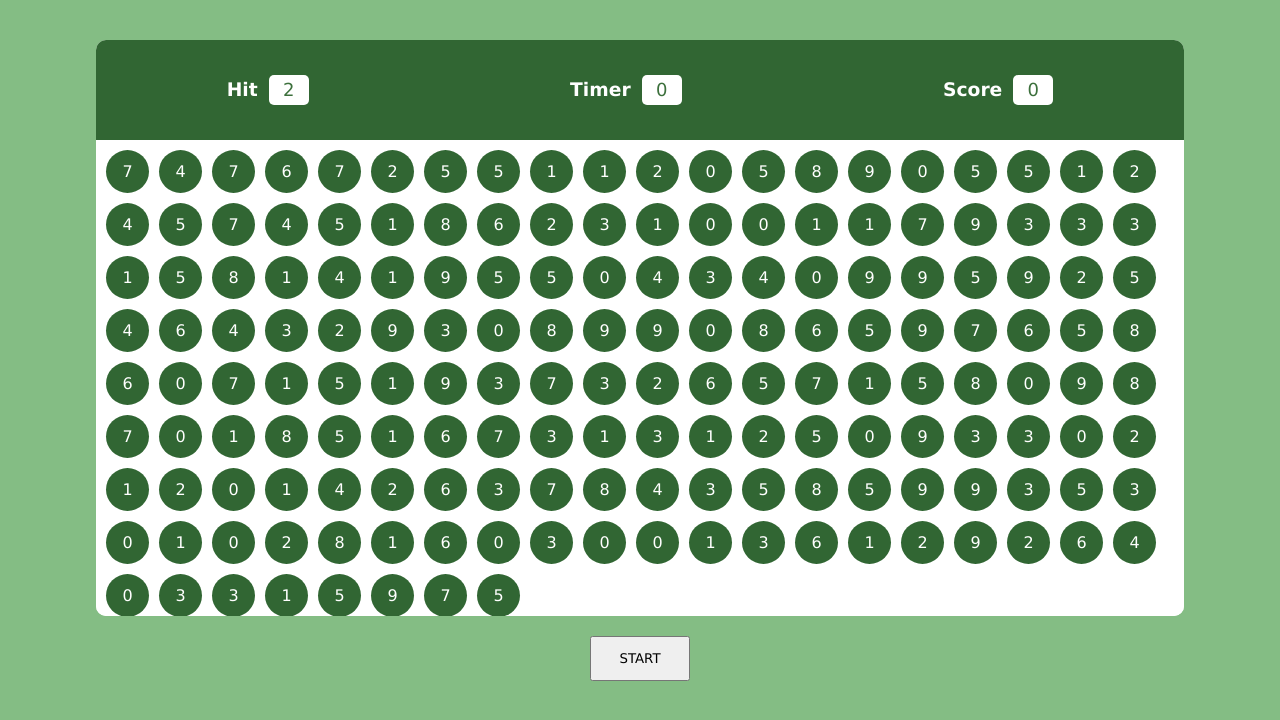
Repository: ketansharma22/BubbleGame
Page: index.html
The author's editor kept a copy of each file at every save. The page is drawn from the files as they stood at one save, then again after the next save.
The browser window is 1280 px wide. The pictures show the whole page.

Above is the page before, as saved 2024-02-19 00:03:06.

### index.html
<!DOCTYPE html>
<html lang="en">
<head>
    <meta charset="UTF-8">
    <meta name="viewport" content="width=device-width, initial-scale=1.0">
    <title>BubbleGame</title>
    <link rel="stylesheet" href="styles.css">
</head>
<body>
    <div class="main">
        <div class="show">
            <div class="upper">
                <div class="hit" id="sameee">
                    <h3>Hit</h3>
                    <div class="box" id="hitt">0</div>
                </div>
                <div class="timer" id="sameee">
                    <h3>Timer</h3>
                    <div class="box" id="timerr">0</div>
                </div>
                <div class="score" id="sameee">
                    <h3>Score</h3>
                    <div class="box" id="scoree">0  </div>
                </div>
            </div>

            <div class="lower" id="lower">

            </div>
        </div>
        <button>START</button>
    </div>
    <script src="scripts.js"></script>
</body>
</html>

### styles.css
*{
    margin: 0;
    padding: 0;
    box-sizing: border-box;
    font-family:Verdana, Geneva, Tahoma, sans-serif
}
html,body{
    width: 100%;
    height: 100%;
}
.main{
    display: flex;
    justify-content: center;
    flex-direction: column;
    gap: 20px;
    align-items: center;
    width: 100%;
    height: 100%;
    background-color: rgb(132, 189, 132);
}
.show{
    width: 85%;
    height: 80%;
    background-color: #fff;
    border-radius: 10px;
    overflow: hidden;
}
.upper{
    width: 100%;
    height: 100px;
    background-color:rgb(49, 102, 51);
    color: white;
    display: flex;
    align-items: center;
    justify-content: space-around;
}
.box{
    width: 40px;
    background-color: white;
    color:rgb(60, 112, 60);
    display: flex;
    justify-content: center;
    align-items: center;
    height: 20px;
    border-radius: 5px;
    font-size: large;
    font-weight: 500;
    height: 30px;
}
#sameee{
    display: flex;
    gap: 11px;
    align-items: center;
}


.lower{
    width: 100%;
    height: calc(100% - 100px);
    background-color: white;
    display: flex;
    flex-wrap: wrap;
    gap: 10px;
    padding: 10px;
}
.bubble{
    width: 43px;
    background-color:rgb(49, 102, 51);
    color: white;
    height: 43px;
    border-radius: 50%;
    display: flex;
    justify-content: center;
    align-items: center;
    cursor: pointer;

}
.bubble:hover{
    background-color: rgb(14, 76, 14);
}
button{
    width: 100px;
    height: 45px;
    cursor: pointer;
}

### scripts.js
var timer=60;
var score=0;
var hitnumber;
var lo=document.querySelector("#lower");

function generateBubble(){
    var a ="";
for(var i=1;i<169;i++){
        var val=Math.floor(Math.random()*10);
        a += `<div class="bubble">${val}</div>`;

}
document.querySelector("#lower").innerHTML = a;
}

function hitGenerate(){
    hitnumber = Math.floor(Math.random()*10);
    document.querySelector("#hitt").textContent= hitnumber ;
}

function timerStart(){
    setInterval(function(){
        if(timer>0){
            timer--;
            document.querySelector("#timerr").textContent= timer;
        }
    },1000)
}

function scoreInecrease(){
    score += 10 ;
    document.querySelector("#scoree").textContent= score;
}



lo.addEventListener('click', function(details){
    var clickedval = Number(details.target.textContent);
    if(clickedval===hitnumber){
        generateBubble();
        hitGenerate();
        scoreInecrease();
    }
})




generateBubble();
hitGenerate();
//timerStart();

After the next save:
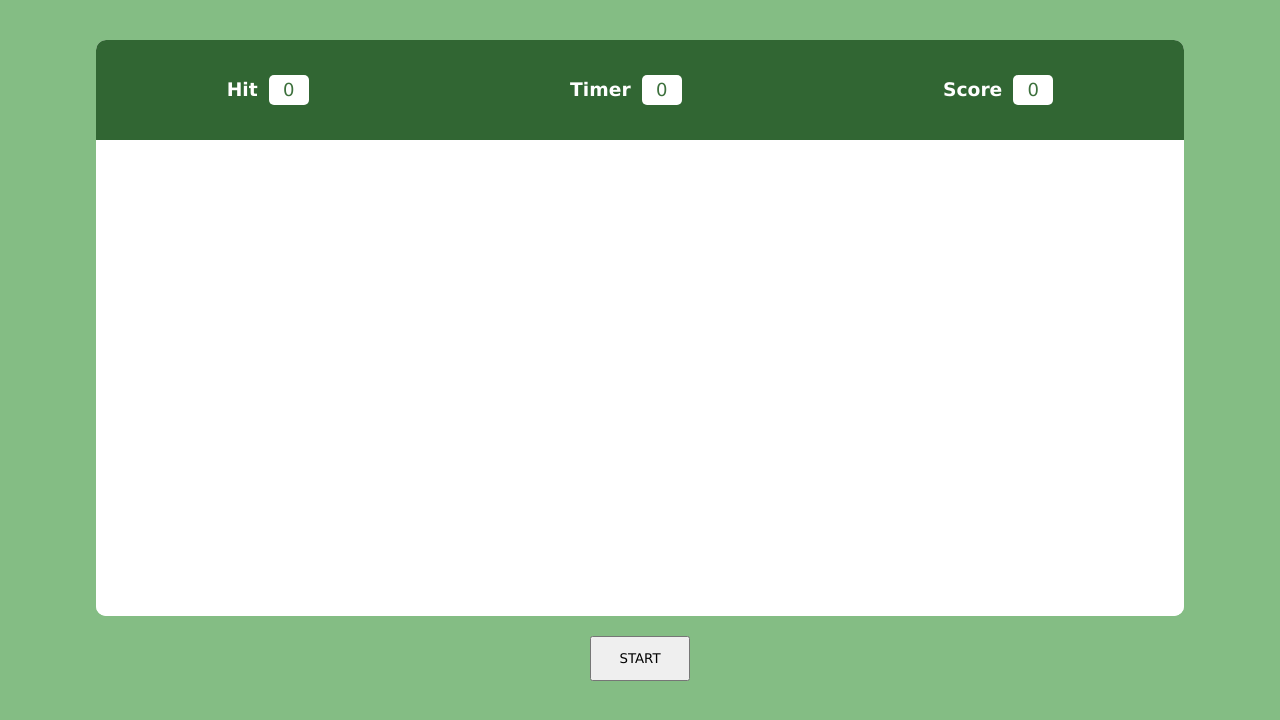
Saved 11 s later.
--- a/scripts.js
+++ b/scripts.js
@@ -42,10 +42,3 @@ lo.addEventListener('click', function(details){
         scoreInecrease();
     }
 })
-
-
-
-
-generateBubble();
-hitGenerate();
-//timerStart();
